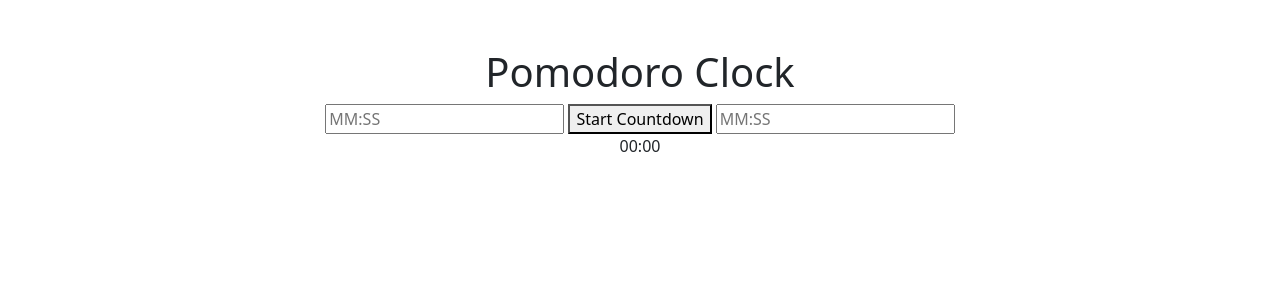
Repository: jobid0212/pomodoro-clock
Page: http://localhost/
These files come from the project's save history. The page is drawn as it stood at one moment and after the next save; the edit follows.
The browser window is 1280 px wide. The pictures show the whole page.
The page is served by the project's application, run on Flask 3 (app.py).

Above is the page before, as saved 2026-02-06 18:37:46.

### templates/index.html
<!DOCTYPE html>

<html lang="en">
    <head>

        <meta charset="utf-8">
        <meta name="viewport" content="initial-scale=1, width=device-width">

        <!-- http://getbootstrap.com/docs/5.3/ -->
        <link href="https://cdn.jsdelivr.net/npm/bootstrap@5.3.8/dist/css/bootstrap.min.css" rel="stylesheet" integrity="sha384-sRIl4kxILFvY47J16cr9ZwB07vP4J8+LH7qKQnuqkuIAvNWLzeN8tE5YBujZqJLB" crossorigin="anonymous">
        <script src="https://cdn.jsdelivr.net/npm/bootstrap@5.3.8/dist/js/bootstrap.bundle.min.js" integrity="sha384-FKyoEForCGlyvwx9Hj09JcYn3nv7wiPVlz7YYwJrWVcXK/BmnVDxM+D2scQbITxI" crossorigin="anonymous"></script>

         <link href="static/css/styles.css" rel="stylesheet">

         <title>Pomodoro Clock</title>

    </head>

    <body>
        <main class="container py-5 text-center">
            <body>
                <div>
                    <h1>Pomodoro Clock</h1>
                </div>
                <div class="timer-wrapper">
                    <input type="text" id="studyDurationInput"
                           pattern="[0-5][0-9]:[0-5][0-9]"
                           placeholder="MM:SS">
                    <button onclick="startTimer('study')">Start Countdown</button>
                    <input type="text" id="breakDurationInput"
                           pattern="[0-5][0-9]:[0-5][0-9]"
                           placeholder="MM:SS">
                    <div id="display">
                        00:00
                    </div>

                </div>
            </body>
        </main>
        <script src="static/js/script.js" defer></script>
    </body>
</html>

### app.py
from flask import Flask, flash, redirect, render_template, request

# Flask run --debug
app = Flask(__name__)


@app.route('/')
def index():
    return render_template("index.html")

### static/js/script.js
let countdown;

function startTimer(phase) {
    // "Kill Switch" to stop any running timers
    clearInterval(countdown);

    const timeArray = document.getElementById('studyDurationInput').value.split(":");
    console.log(timeArray);
    if (timeArray.length != 2 ) return alert("Enter correct format! (MM:SS)");
    const seconds = Number(timeArray[0]) * 60 + Number(timeArray[1]);

    const now = Date.now();
    const then = now + seconds * 1000;
    displayTimeLeft(seconds);

    countdown = setInterval(function () {
        const secondsLeft = Math.round((then - Date.now()) / 1000);

        if (secondsLeft < 0) {
            clearInterval(countdown);
            if (phase == "study"){
                alert("Start Break!");
                startTimer("break");
                return;
            } else {
                alert("Break Over!");
                return;
            }

        }

        displayTimeLeft(secondsLeft);
    }, 1000);

}

function displayTimeLeft(seconds) {
    const minutes = Math.floor(seconds / 60);
    const remainderSeconds = seconds % 60;
    // For ternary operator: If remainderSeconds < 10, append '0', else append ''
    // Then it appends value of remainderSeconds
    const display = `${minutes}:${remainderSeconds < 10 ? '0' : ''}${remainderSeconds}`;
    document.getElementById('display').textContent = display;
}

Loaded but not shown: static/css/styles.css (no copy from this time; the picture is the same without it)

After the next save:
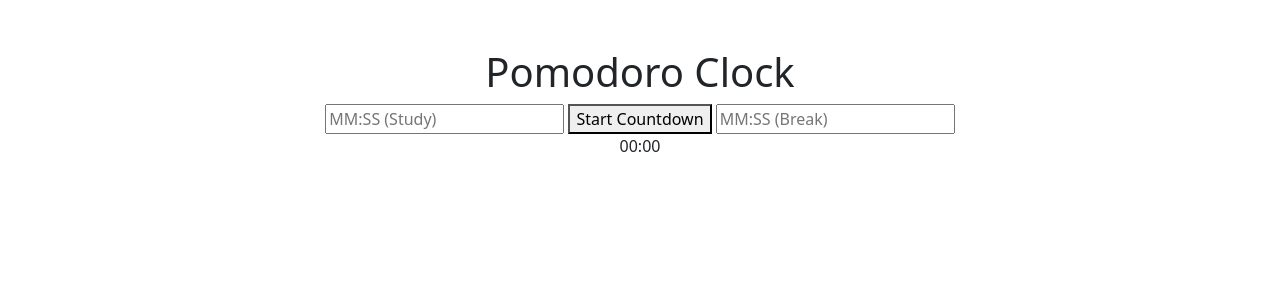
Saved 54 s later.
--- a/templates/index.html
+++ b/templates/index.html
@@ -25,11 +25,11 @@
                 <div class="timer-wrapper">
                     <input type="text" id="studyDurationInput"
                            pattern="[0-5][0-9]:[0-5][0-9]"
-                           placeholder="MM:SS">
+                           placeholder="MM:SS (Study)">
                     <button onclick="startTimer('study')">Start Countdown</button>
                     <input type="text" id="breakDurationInput"
                            pattern="[0-5][0-9]:[0-5][0-9]"
-                           placeholder="MM:SS">
+                           placeholder="MM:SS (Break)">
                     <div id="display">
                         00:00
                     </div>
